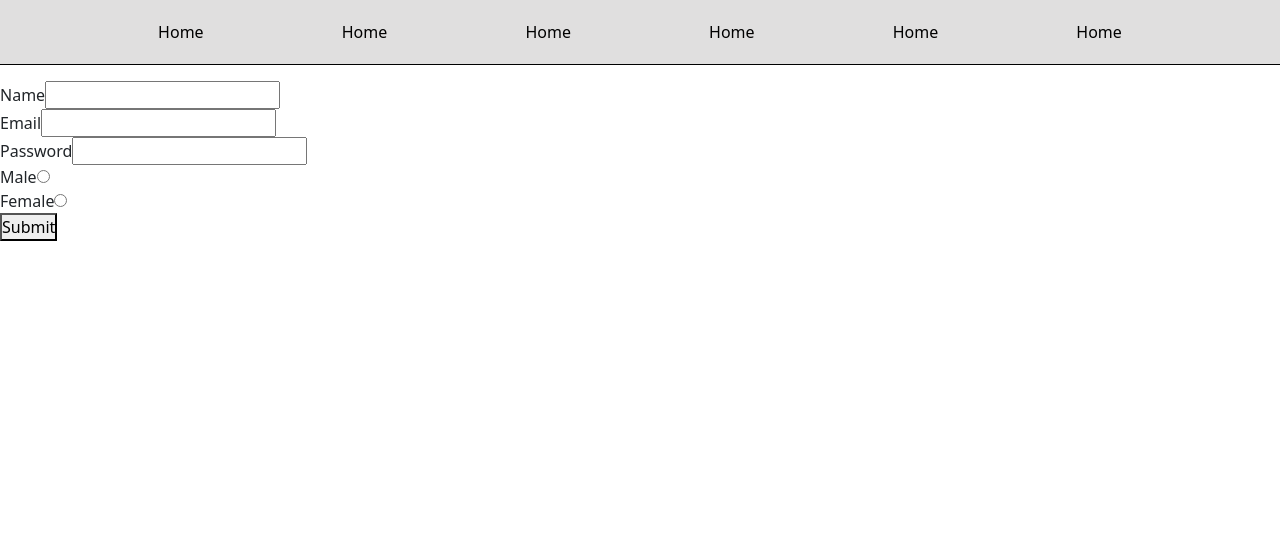
Repository: Naynsh2904/Advance_Java
Page: http://localhost/createForm/NewFile.jsp
The author's editor kept a copy of each file at every save. The page is drawn from the files as they stood at one save, then again after the next save.
The browser window is 1280 px wide. The pictures show the whole page.
The page is served by Tomcat 9.

Above is the page before, as saved 2025-01-31 10:26:41.

After the next save:
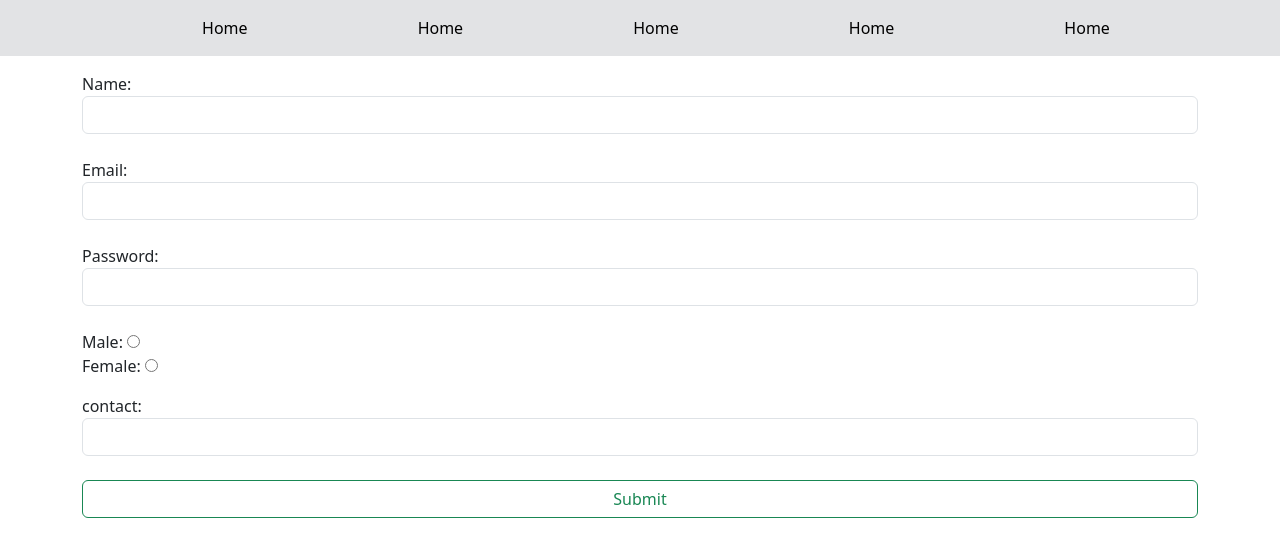
Saved 13 min 54 s later.
--- a/createForm/src/main/webapp/NewFile.jsp
+++ b/createForm/src/main/webapp/NewFile.jsp
@@ -2,85 +2,59 @@
 	pageEncoding="UTF-8"%>
 <!DOCTYPE html>
 <html>
+
 <head>
-<meta charset="UTF-8">
-<link rel="stylesheet"
-	href="https://cdn.jsdelivr.net/npm/bootstrap@5.3.3/dist/css/bootstrap.min.css">
-<title>Document</title>
-<style>
-* {
-	margin: 0;
-	padding: 0;
-}
+  <meta charset="UTF-8">
+  <link rel="stylesheet" href="https://cdn.jsdelivr.net/npm/bootstrap@5.3.3/dist/css/bootstrap.min.css">
+  <title>Document</title>
+  <style>
+    * {
+      margin: 0;
+      padding: 0;
+    }
 
-a {
-	text-decoration: none;
-	color: black;
-}
+    a {
+      text-decoration: none;
+      color: black;
+    }
 
-li {
-	list-style: none;
-}
-
-ul {
-	padding: 20px;
-	background-color: #c3c1c183;
-	display: flex;
-	justify-content: space-evenly;
-	border-bottom: 1px solid black;
-}
-</style>
+    li {
+      list-style: none;
+    }
+  </style>
 </head>
 
 <body>
-	<div>
+  <div>
 
-		<nav>
-			<ul>
-				<li><a href="#">Home</a></li>
-				<li><a href="#">Home</a></li>
-				<li><a href="#">Home</a></li>
-				<li><a href="#">Home</a></li>
-				<li><a href="#">Home</a></li>
-				<li><a href="#">Home</a></li>
-			</ul>
-		</nav>
-		<form action="#" method="get">
-			Name<input type="text" name="name" value="" /><br> Email<input
-				type="email" name="email" value="" /><br> Password<input
-				type="password" name="password" value="" /><br> Male<input
-				type="radio" name="gender" value="male" /><br> Female<input
-				type="radio" name="gender" value="female" /><br>
-			<div>
-				<button type="submit" name="btn">Submit</button>
-			</div>
-		</form>
-		<%
-		if (request.getParameter("btn") != null) {
-			String Name = request.getParameter("name");
-			String Email = request.getParameter("email");
-			String Pass = request.getParameter("password");
-			String Gender = request.getParameter("gender");
+    <nav>
+      <ul class="d-flex justify-content-evenly py-3 bg-secondary-subtle ">
+        <li><a href="#">Home</a></li>
+        <li><a href="#">Home</a></li>
+        <li><a href="#">Home</a></li>
+        <li><a href="#">Home</a></li>
+        <li><a href="#">Home</a></li>
+      </ul>
+    </nav>
+    <form action="#" method="get">
+      <div class="container">
+        Name: <input class="form-control" type="text" name="name" value="" /><br>
+        Email: <input class="form-control" type="email" name="email" value="" /><br>
+        Password: <input class="form-control" type="password" name="password" value="" /><br>
+        <div class="pb-3">
+          Male: <input class="" type="radio" name="gender" value="male" /><br>
+          Female: <input class="" type="radio" name="gender" value="female" /><br>
+        </div>
+        contact: <input class="form-control" type="contact" name="contact" value="" /><br>
+        <div>
+          <button type="submit" name="btn" class="form-control btn btn-outline-success">Submit</button>
+        </div>
+      </div>
+    </form>
 
-			out.print("Name " + Name + " " + "Email: " + Email + " " + "Pass: " + Pass + " " + " Gender " + Gender);
-		%>
-		<h1>
-			Name :<%=Name%></h1>
-		<h1>
-			Email :
-			<%=Email%></h1>
-		<h1>
-			Pass :<%=Pass%></h1>
-		<h1>
-			Gender :<%=Gender%></h1>
-		<script>
-			alert("successfully Done !! ")
-		</script>
-		<%
-		}
-		%>
-	</div>
+  </div>
 
   <script src="https://cdn.jsdelivr.net/npm/bootstrap@5.3.0/dist/js/bootstrap.bundle.min.js"></script>
 </body>
+
 </html>
